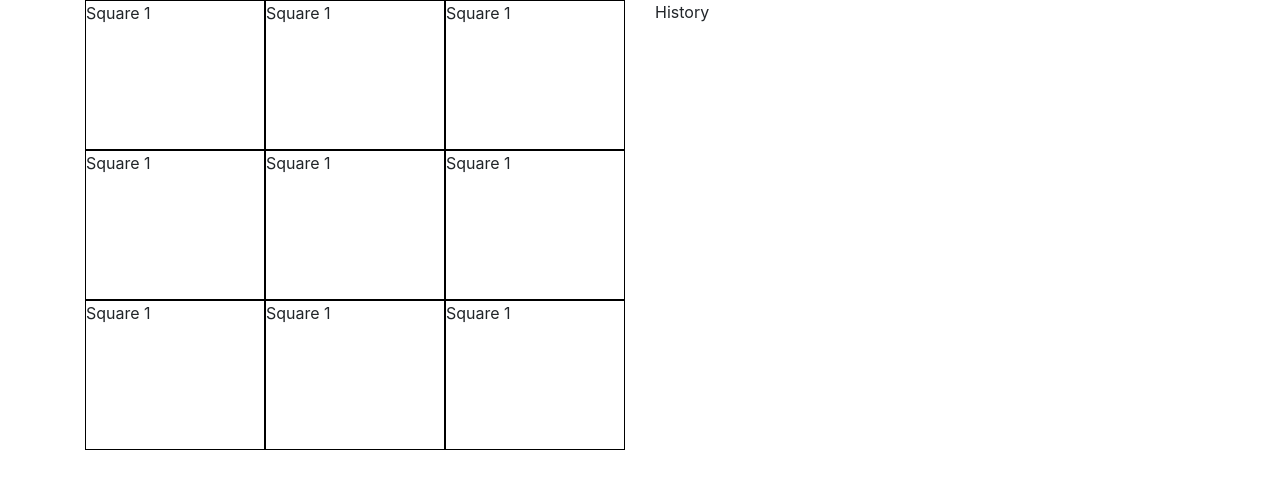
Repository: tts2610/Tic-Tac_Toe
Page: /
An editor plug-in stored every save of this project. The page is shown before and after the next save, followed by the edit.
The browser window is 1280 px wide. The pictures show the whole page.
The project was rebuilt for these pictures with package versions that can differ from the ones it lists, and the page was loaded fresh each time.

Above is the page before, as saved 2020-06-02 11:49:09.

### src/App.js
import React, { Component } from "react";
import "./App.css";
import Board from "./components/Board";
import "bootstrap/dist/css/bootstrap.min.css";
import { Row, Col, Container } from "react-bootstrap";

export default class App extends Component {
  render() {
    return (
      <div className="App">
        <Container>
          <Row>
            <Col>
              <Board />
            </Col>
            <Col>History</Col>
          </Row>
        </Container>
      </div>
    );
  }
}

### src/App.css
.box {
    min-width: max-content;
    height: 150px;
    border: 1px solid black;
}

### src/components/Board.js
import React, { Component } from "react";
import Square from "./Square";
import { Row, Col } from "react-bootstrap/";
import * as mySetting from "../settings";

export default class Board extends Component {
  state = {
    square: mySetting.square,
  };
  renderSquare(row) {
    let rowSquare = [];
    this.state.square.forEach((element) => {
      if (element.id[0] === row)
        rowSquare.push(
          <Col sm={4} style={mySetting.styles.col}>
            <Square />
          </Col>
        );
    });
    return rowSquare;
  }
  render() {
    return (
      <>
        <Row style={mySetting.styles.row}>{this.renderSquare(0)}</Row>
        <Row style={mySetting.styles.row}>{this.renderSquare(1)}</Row>
        <Row style={mySetting.styles.row}>{this.renderSquare(2)}</Row>
      </>
    );
  }
}

### src/components/Square.js
import React from "react";

export default function Square() {
  return <div className="box">Square 1</div>;
}

### src/settings.js
export const styles = {
  grid: {
    paddingLeft: 0,
    paddingRight: 0,
  },
  row: {
    marginLeft: 0,
    marginRight: 0,
  },
  col: {
    paddingLeft: 0,
    paddingRight: 0,
  },
};

export const square = [
  {
    id: [0, 0],
    value: "",
  },
  {
    id: [0, 1],
    value: "",
  },
  {
    id: [0, 2],
    value: "",
  },
  {
    id: [1, 0],
    value: "",
  },
  {
    id: [1, 1],
    value: "",
  },
  {
    id: [1, 2],
    value: "",
  },
  {
    id: [2, 0],
    value: "",
  },
  {
    id: [2, 1],
    value: "",
  },
  {
    id: [2, 2],
    value: "",
  },
];

Loaded but not shown: public/index.html (common file); src/index.js (common file); src/index.css (common file); src/serviceWorker.js (common file)

After the next save:
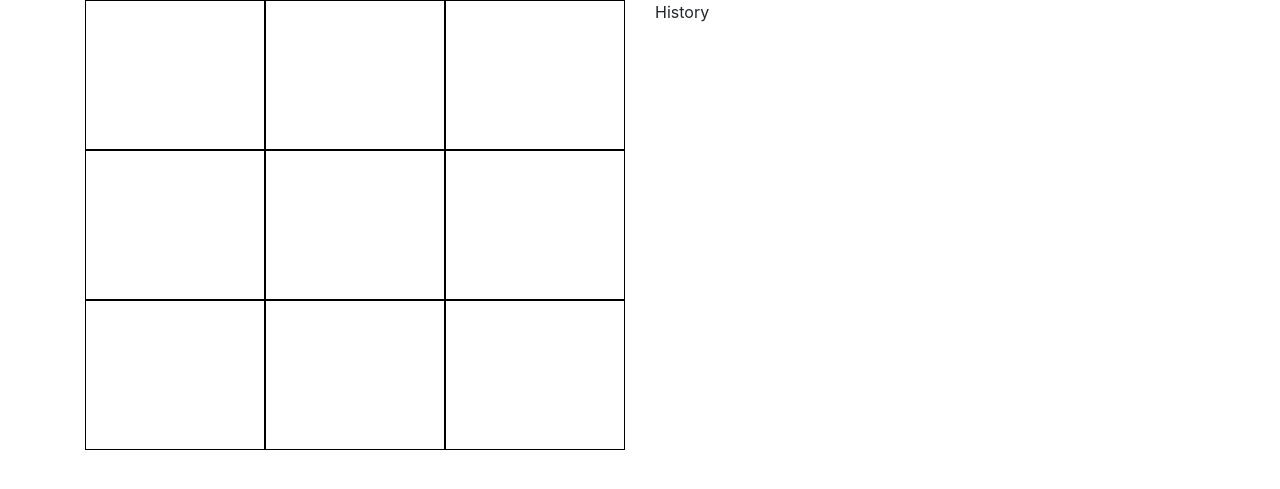
Saved 30 s later.
--- a/src/components/Square.js
+++ b/src/components/Square.js
@@ -1,5 +1,5 @@
 import React from "react";
 
 export default function Square() {
-  return <div className="box">Square 1</div>;
+  return <div className="box"></div>;
 }
